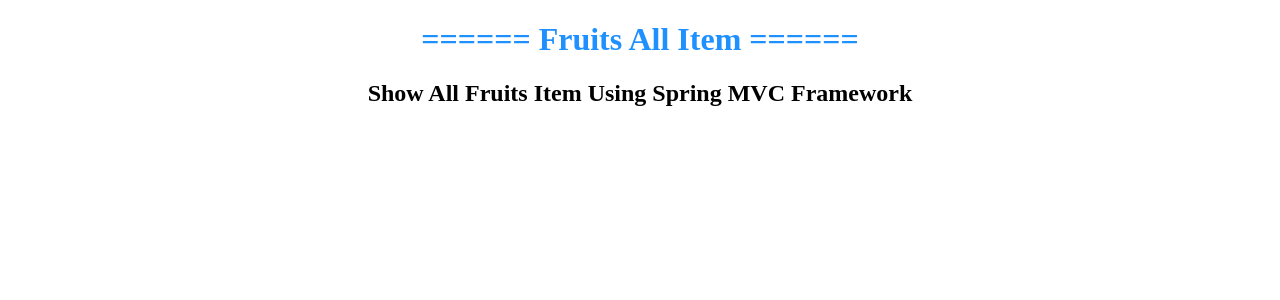
Repository: Niftrone/Framework
Page: http://localhost/boot04_Furits/Index.jsp
The author's editor kept a copy of each file at every save. The page is drawn from the files as they stood at one save, then again after the next save.
The browser window is 1280 px wide. The pictures show the whole page.
The page is served by Tomcat 9. Other server files are loaded and not shown.

Above is the page before, as saved 2025-07-14 02:37:35.

### work07_boot/boot04_Furits/src/main/webapp/Index.jsp
<%@ page language="java" contentType="text/html; charset=UTF-8"
    pageEncoding="UTF-8"%>
<!DOCTYPE html>
<html>
<head>
<meta charset="UTF-8">
<title>Insert title here</title>
<style type="text/css">
	h1{
		color: DodgerBlue;
	}
</style>
</head>
<body>
<h1 align="center">====== Fruits All Item ======</h1><p/>
<h2 align="center"><a>Show All Fruits Item Using Spring MVC Framework</a></h2>
</body>
</html>

After the next save:
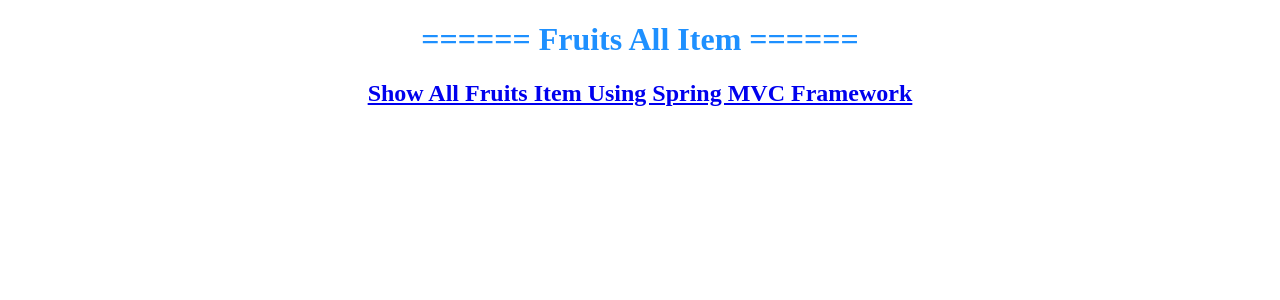
Saved 13 s later.
--- a/work07_boot/boot04_Furits/src/main/webapp/Index.jsp
+++ b/work07_boot/boot04_Furits/src/main/webapp/Index.jsp
@@ -13,6 +13,6 @@
 </head>
 <body>
 <h1 align="center">====== Fruits All Item ======</h1><p/>
-<h2 align="center"><a>Show All Fruits Item Using Spring MVC Framework</a></h2>
+<h2 align="center"><a href="itemlist">Show All Fruits Item Using Spring MVC Framework</a></h2>
 </body>
 </html>
